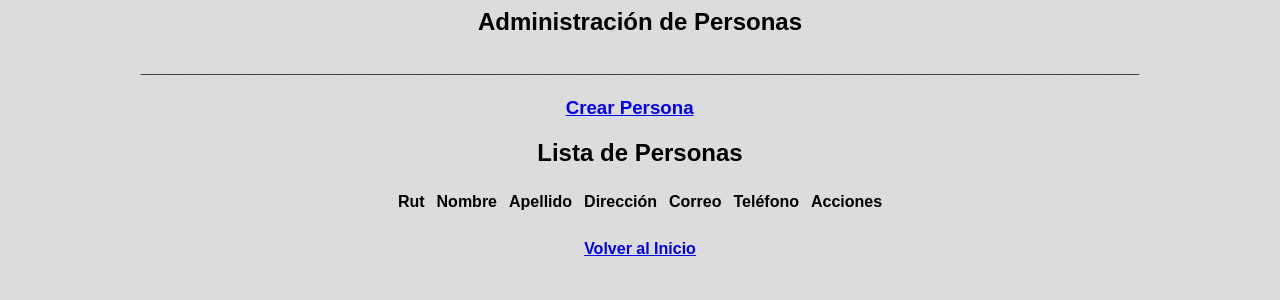
Repository: miguelalvarezcl/examen
Page: http://localhost/CtaCorriente/listPersonabd
These files come from the project's save history. The page is drawn as it stood at one moment and after the next save; the edit follows.
The browser window is 1280 px wide. The pictures show the whole page.
The page is served by Tomcat 9. Other server files are loaded and not shown. Queries for data that is not in the repository find no rows.

Above is the page before, as saved 2021-11-13 21:30:13.

### CtaCorriente/WebContent/ListaPersonas.jsp
<%@ page language="java" contentType="text/html; charset=UTF-8"
    pageEncoding="UTF-8"%>
<%@ taglib uri="http://java.sun.com/jsp/jstl/core" prefix="c" %>
<html>
<head>
    <title>:::... Banco Platinum ...:::</title>
</head>
<body>
    <center>
        <h2>Administración de Personas</h2>
        		<h3>________________________________________________________________________________________________</h3>
        <h3>
            <a href="/CtaCorriente/newpersona">Crear Persona</a>
            &nbsp;&nbsp;&nbsp;


        </h3>
    </center>
    <div align="center">
        <table border="0" cellpadding="5">
            <h2>Lista de Personas</h2>
            <tr>
                <th>Rut</th>
                <th>Nombre</th>
                <th>Apellido</th>
                <th>Dirección</th>
                <th>Correo</th>
                <th>Teléfono</th>
                <th>Acciones</th>

            </tr>
            <c:forEach var="personabd" items="${listPersonabd}">
                <tr>
                    <td><c:out value="${personabd.rut}" /></td>
                    <td><c:out value="${personabd.nombre}" /></td>
                    <td><c:out value="${personabd.apellido}" /></td>
                    <td><c:out value="${personabd.direccion}" /></td>
                    <td><c:out value="${personabd.correo}" /></td>
                    <td><c:out value="${personabd.telefono}" /></td>

                    <td>
                        <a href="/CtaCorriente/editpersona?rut=<c:out value='${personabd.rut}' />">Edit</a>
                        &nbsp;&nbsp;&nbsp;&nbsp;
                        <a href="/CtaCorriente/deletepersona?rut=<c:out value='${personabd.rut}' />">Delete</a>
                    </td>
                </tr>
            </c:forEach>
        </table>
    </div>
        <center>
            <h4>

            <a href="/CtaCorriente/home.jsp">Volver al Inicio</a>
            </h4>
        </center>
</body>
</html>

<style>
body{
	font-family: arial, helvetica;
	background: #DCDCDC;
}
</style>

### CtaCorriente/src/com/platinum/ControllerServlet.java
package com.platinum;

import java.io.IOException;
import java.sql.SQLException;
import java.util.List;

import javax.servlet.RequestDispatcher;
import javax.servlet.ServletException;
import javax.servlet.http.HttpServlet;
import javax.servlet.http.HttpServletRequest;
import javax.servlet.http.HttpServletResponse;


public class ControllerServlet extends HttpServlet {
    private static final long serialVersionUID = 1L;
    private UsuariobdDAO usuariobdDAO;
    private PersonabdDAO personabdDAO;
    private CuentabdDAO cuentabdDAO;
    private TransferenciaDAO transferenciaDAO;

    public void init() {
        String jdbcURL = getServletContext().getInitParameter("jdbcURL");
        String jdbcUsername = getServletContext().getInitParameter("jdbcUsername");
        String jdbcPassword = getServletContext().getInitParameter("jdbcPassword");

        usuariobdDAO = new UsuariobdDAO(jdbcURL, jdbcUsername, jdbcPassword);
        personabdDAO = new PersonabdDAO(jdbcURL, jdbcUsername, jdbcPassword);
        cuentabdDAO = new CuentabdDAO(jdbcURL, jdbcUsername, jdbcPassword);
        transferenciaDAO = new TransferenciaDAO(jdbcURL, jdbcUsername, jdbcPassword);

    }

    protected void doPost(HttpServletRequest request, HttpServletResponse response)
            throws ServletException, IOException {
        doGet(request, response);
    }

    protected void doGet(HttpServletRequest request, HttpServletResponse response)
            throws ServletException, IOException {
        String action = request.getServletPath();

        try {
            switch (action) {
            case "/new":
                showNewForm(request, response);
                break;
            case "/newpersona":
                showNewFormPersona(request, response);
                break;

            case "/newcuenta":
                showNewFormCuenta(request, response);
                break;

            case "/newtransferencia":
                showNewFormTransferencia(request, response);
                break;

            case "/insert":
                insertUsuariobd(request, response);
                break;

            case "/insertpersona":
                insertPersonabd(request, response);
                break;

            case "/insertcuenta":
                insertCuentabd(request, response);
                break;

            case "/inserttransferencia":
                insertTransferencia(request, response);
                break;
            case "/deletecuenta":
                deleteCuentabd(request, response);
                break;

            case "/deletepersona":
                deletePersonabd(request, response);
                break;
            case "/delete":
                deleteUsuariobd(request, response);
                break;
            case "/editpersona":
                showEditFormPersona(request, response);
                break;

            case "/editcuenta":
                showEditFormCuenta(request, response);
                break;

            case "/edit":
                showEditForm(request, response);
                break;
            case "/update":
                updateUsuariobd(request, response);
                break;
            case "/updatepersona":
                updatePersonabd(request, response);
                break;

            case "/updatecuenta":
                updateCuentabd(request, response);
                break;


            case "/listPersonabd":
            	listPersonabd(request, response);
                break;

            case "/listCuentabd":
            	//System.out.println("1");
            	listCuentabd(request, response);
                break;
            case "/listTransferencia":
            	listTransferencia(request, response);
                break;
            default:
                listUsuariobd(request, response);
                break;
            }
        } catch (SQLException ex) {
            throw new ServletException(ex);
        }
    }



    private void listTransferencia(HttpServletRequest request, HttpServletResponse response)
            throws SQLException, IOException, ServletException {


        List<Transferencia> listTransferencia = transferenciaDAO.listAllTransferencia();

        request.setAttribute("listTransferencia", listTransferencia);
        RequestDispatcher dispatcher = request.getRequestDispatcher("ListaTransferencia.jsp");
        dispatcher.forward(request, response);
    }

    private void listCuentabd(HttpServletRequest request, HttpServletResponse response)
            throws SQLException, IOException, ServletException {


        List<Cuentabd> listCuentabd = cuentabdDAO.listAllCuentabd();

        request.setAttribute("listCuentabd", listCuentabd);
        RequestDispatcher dispatcher = request.getRequestDispatcher("ListaCuentas.jsp");
        dispatcher.forward(request, response);
    }

    private void listPersonabd(HttpServletRequest request, HttpServletResponse response)
            throws SQLException, IOException, ServletException {

        List<Personabd> listPersonabd = personabdDAO.listAllPersonabd();

        request.setAttribute("listPersonabd", listPersonabd);
        RequestDispatcher dispatcher = request.getRequestDispatcher("ListaPersonas.jsp");
        dispatcher.forward(request, response);
    }

    private void listUsuariobd(HttpServletRequest request, HttpServletResponse response)
            throws SQLException, IOException, ServletException {
        List<Usuariobd> listUsuariobd = usuariobdDAO.listAllUsuariosbd();
        request.setAttribute("listUsuariobd", listUsuariobd);
        RequestDispatcher dispatcher = request.getRequestDispatcher("ListaUsuarios.jsp");
        dispatcher.forward(request, response);
    }


    private void showNewForm(HttpServletRequest request, HttpServletResponse response)
            throws ServletException, IOException {
        RequestDispatcher dispatcher = request.getRequestDispatcher("FormularioUsuario.jsp");
        dispatcher.forward(request, response);
    }

    private void showNewFormPersona(HttpServletRequest request, HttpServletResponse response)
            throws ServletException, IOException {
        RequestDispatcher dispatcher = request.getRequestDispatcher("FormularioPersona.jsp");
        dispatcher.forward(request, response);
    }

    private void showNewFormCuenta(HttpServletRequest request, HttpServletResponse response)
            throws ServletException, IOException {
        RequestDispatcher dispatcher = request.getRequestDispatcher("FormularioCuenta.jsp");
        dispatcher.forward(request, response);
    }

    private void showNewFormTransferencia(HttpServletRequest request, HttpServletResponse response)
            throws ServletException, IOException {
        RequestDispatcher dispatcher = request.getRequestDispatcher("FormularioTransferencia.jsp");
        dispatcher.forward(request, response);
    }


    private void showEditForm(HttpServletRequest request, HttpServletResponse response)
            throws SQLException, ServletException, IOException {
        int id = Integer.parseInt(request.getParameter("id"));
        Usuariobd existingUsuariobd = usuariobdDAO.getUsuariobd(id);
        RequestDispatcher dispatcher = request.getRequestDispatcher("FormularioUsuario.jsp");
        request.setAttribute("usuariobd", existingUsuariobd);
        dispatcher.forward(request, response);

    }

    private void showEditFormPersona(HttpServletRequest request, HttpServletResponse response)
            throws SQLException, ServletException, IOException {
        String rut = request.getParameter("rut");
        Personabd existingPersonabd = personabdDAO.getPersonabd(rut);
        RequestDispatcher dispatcher = request.getRequestDispatcher("FormularioPersona.jsp");
        request.setAttribute("personabd", existingPersonabd);
        dispatcher.forward(request, response);


    }

    private void showEditFormCuenta(HttpServletRequest request, HttpServletResponse response)
            throws SQLException, ServletException, IOException {
        int id = Integer.parseInt(request.getParameter("id"));
        Cuentabd existingCuentabd = cuentabdDAO.getCuentabd(id);
        RequestDispatcher dispatcher = request.getRequestDispatcher("FormularioCuenta.jsp");
        request.setAttribute("cuentabd", existingCuentabd);
        dispatcher.forward(request, response);


    }

    private void insertUsuariobd(HttpServletRequest request, HttpServletResponse response)
            throws SQLException, IOException {
        String nombreusuario = request.getParameter("nombreusuario");
        String password = request.getParameter("password");


        Usuariobd newUsuariobd = new Usuariobd(nombreusuario, password);
        usuariobdDAO.insertUsuariobd(newUsuariobd);
        response.sendRedirect("list");
    }

    private void insertPersonabd(HttpServletRequest request, HttpServletResponse response)
            throws SQLException, IOException {
    	String rut = request.getParameter("rut");
        String nombre = request.getParameter("nombre");
        String apellido = request.getParameter("apellido");
        String direccion = request.getParameter("direccion");
        String correo = request.getParameter("correo");
        String telefono = request.getParameter("telefono");

        Personabd newPersonabd = new Personabd(rut,nombre, apellido,direccion,correo,telefono);
        personabdDAO.insertPersonabd(newPersonabd);
        response.sendRedirect("listPersonabd");
    }

    private void insertTransferencia(HttpServletRequest request, HttpServletResponse response)
            throws SQLException, IOException {
        String rutpersona = request.getParameter("rutpersona");
        int idusuario = Integer.parseInt(request.getParameter("idusuario"));
        int idcuenta = Integer.parseInt(request.getParameter("idcuenta"));
        int montotransferencia = Integer.parseInt(request.getParameter("montotransferencia"));
        int cuentatransferencia = Integer.parseInt(request.getParameter("cuentatransferencia"));
        String tipocuenta = request.getParameter("tipocuenta");

        Transferencia newTransferencia = new Transferencia(rutpersona, idusuario,idcuenta,montotransferencia,cuentatransferencia,tipocuenta);
        transferenciaDAO.insertTransferencia(newTransferencia);
        response.sendRedirect("listTransferencia");
    }

    private void insertCuentabd(HttpServletRequest request, HttpServletResponse response)
            throws SQLException, IOException {
        String rutcliente = request.getParameter("rutcliente");
        String monto = request.getParameter("monto");
        String ejecutivo = request.getParameter("ejecutivo");

        Cuentabd newCuentabd = new Cuentabd(rutcliente, monto,ejecutivo);
        cuentabdDAO.insertCuentabd(newCuentabd);
        response.sendRedirect("listCuentabd");
    }


    private void updatePersonabd(HttpServletRequest request, HttpServletResponse response)
            throws SQLException, IOException {
        String rut = request.getParameter("rut");
        String nombre = request.getParameter("nombre");
        String apellido = request.getParameter("apellido");
        String direccion = request.getParameter("direccion");
        String correo = request.getParameter("correo");
        String telefono = request.getParameter("telefono");


        Personabd personabd = new Personabd(rut, nombre, apellido,direccion,correo,telefono);
        personabdDAO.updatePersonabd(personabd);
        response.sendRedirect("listPersonabd");
    }


    private void updateCuentabd(HttpServletRequest request, HttpServletResponse response)
            throws SQLException, IOException {
    	System.out.println("paso");

        String rutcliente = request.getParameter("rutcliente");
        String monto = request.getParameter("monto");
        String ejecutivo = request.getParameter("ejecutivo");
        int id = Integer.parseInt(request.getParameter("id"));
        Cuentabd cuentabd = new Cuentabd(id, rutcliente, monto , ejecutivo);
        System.out.println("paso2");
        cuentabdDAO.updateCuentabd(cuentabd);
        response.sendRedirect("listCuentabd");
    }


    private void updateUsuariobd(HttpServletRequest request, HttpServletResponse response)
            throws SQLException, IOException {
        int id = Integer.parseInt(request.getParameter("id"));
        String nombreusuario = request.getParameter("nombreusuario");
        String password = request.getParameter("password");


        Usuariobd usuariobd = new Usuariobd(id, nombreusuario, password);
        usuariobdDAO.updateUsuariobd(usuariobd);
        response.sendRedirect("list");
    }

    private void deleteUsuariobd(HttpServletRequest request, HttpServletResponse response)
            throws SQLException, IOException {
        int id = Integer.parseInt(request.getParameter("id"));

        Usuariobd usuariobd = new Usuariobd(id);
        usuariobdDAO.deleteUsuariobd(usuariobd);
        response.sendRedirect("list");

    }

    private void deletePersonabd(HttpServletRequest request, HttpServletResponse response)
            throws SQLException, IOException {
        String rut = request.getParameter("rut");

        Personabd personabd = new Personabd(rut);
        personabdDAO.deletePersonabd(personabd);
        response.sendRedirect("listPersonabd");
    }


    private void deleteCuentabd(HttpServletRequest request, HttpServletResponse response)
            throws SQLException, IOException {
        int id = Integer.parseInt(request.getParameter("id"));

        Cuentabd cuentabd = new Cuentabd(id);
        cuentabdDAO.deleteCuentabd(cuentabd);
        response.sendRedirect("listCuentabd");
    }



}

After the next save:
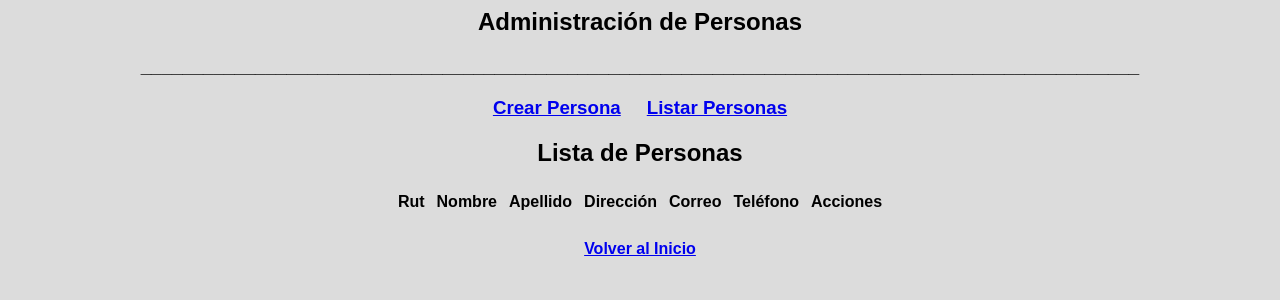
Saved 6 min 14 s later.
--- a/CtaCorriente/WebContent/ListaPersonas.jsp
+++ b/CtaCorriente/WebContent/ListaPersonas.jsp
@@ -12,7 +12,7 @@
         <h3>
             <a href="/CtaCorriente/newpersona">Crear Persona</a>
             &nbsp;&nbsp;&nbsp;
-
+            <a href="/CtaCorriente/list">Listar Personas</a>
 
         </h3>
     </center>
